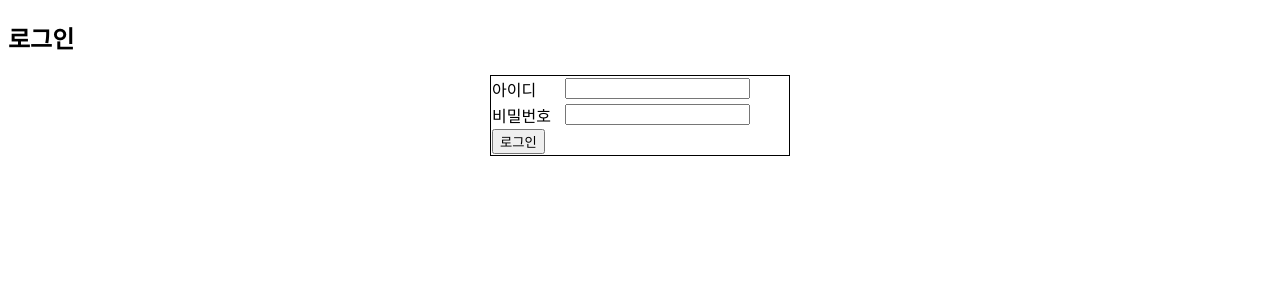
Repository: GTEM0/Acorn-classEdue2-java2-
Page: http://localhost/prj0831/login
An editor plug-in stored every save of this project. The page is shown before and after the next save, followed by the edit.
The browser window is 1280 px wide. The pictures show the whole page.
The page is served by Tomcat 9.

Above is the page before, as saved 2023-08-31 03:29:42.

After the next save:
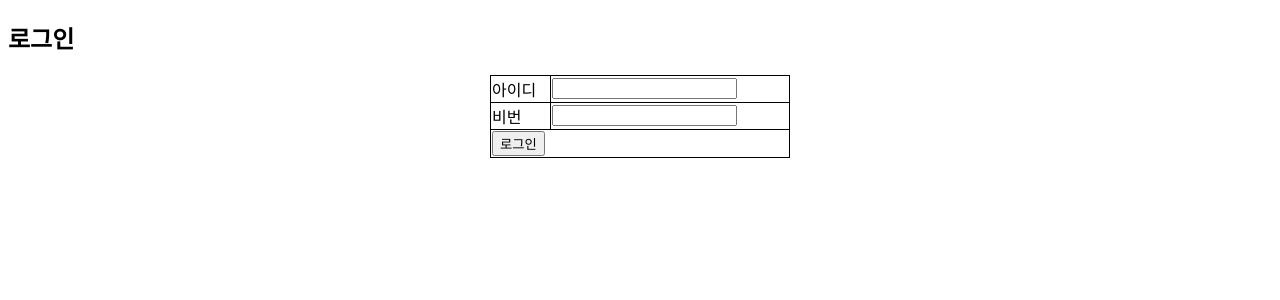
Saved 53 s later.
--- a/prj0831/src/main/webapp/WEB-INF/views/login.jsp
+++ b/prj0831/src/main/webapp/WEB-INF/views/login.jsp
@@ -5,38 +5,36 @@
 <head>
 <meta charset="UTF-8">
 <title>Insert title here</title>
-<style>
-
-table{
-width:300px;
+<style type="text/css">
+table {
+	width: 300px;
+	border: 1px solid black;
+	border-collapse: collapse;
+	margin: 0 auto;
+}
+td{
 border: 1px solid black;
-border-collapse: collapse;
-margin: 0 auto;
 }
-
 </style>
 </head>
 <body>
-
 <form name="frm" action="/prj0831/login" method="post">
 <h2>로그인</h2>
 
 <table>
 <tr>
 <td>아이디</td>
-<td><input type="text" name="userid"></td>
+<td><input type="text" name ="userid"></td>
 </tr>
 
 <tr>
-<td>비밀번호</td>
-<td><input type="text" name="userpw"></td>
+<td>비번</td>
+<td><input type="text" name = "userpw"></td>
+</tr>
+<tr>
+<td colspan="2"><button>로그인</button></td>
 </tr>
 
-<tr>
-<td colspan='2'>
-<button>로그인</button>
-</td>
-</tr>
 </table>
 </form>
 </body>
